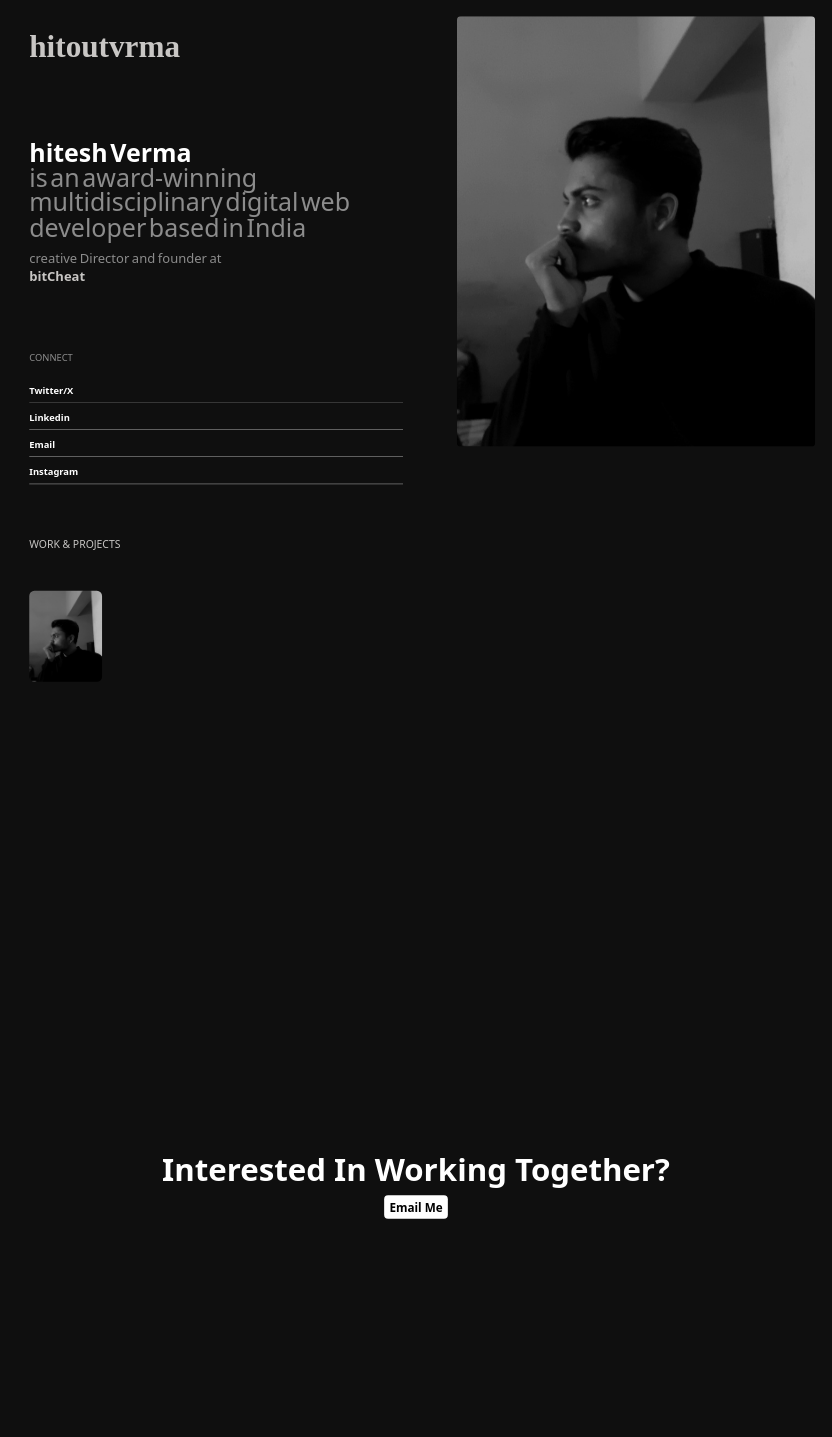
Repository: hitoutvrma/portfolio
Page: /
These files come from the project's save history. The page is drawn as it stood at one moment and after a run of saves; the edit follows.
The browser window is 1280 px wide. The pictures show the whole page, at 65% of full size.
The project was rebuilt for these pictures with package versions that can differ from the ones it lists, and the page was loaded fresh each time. Also part of the build but not shown: vite.config.js.

Above is the page before, as saved 2025-03-08 21:20:27.

After the next 2 saves:
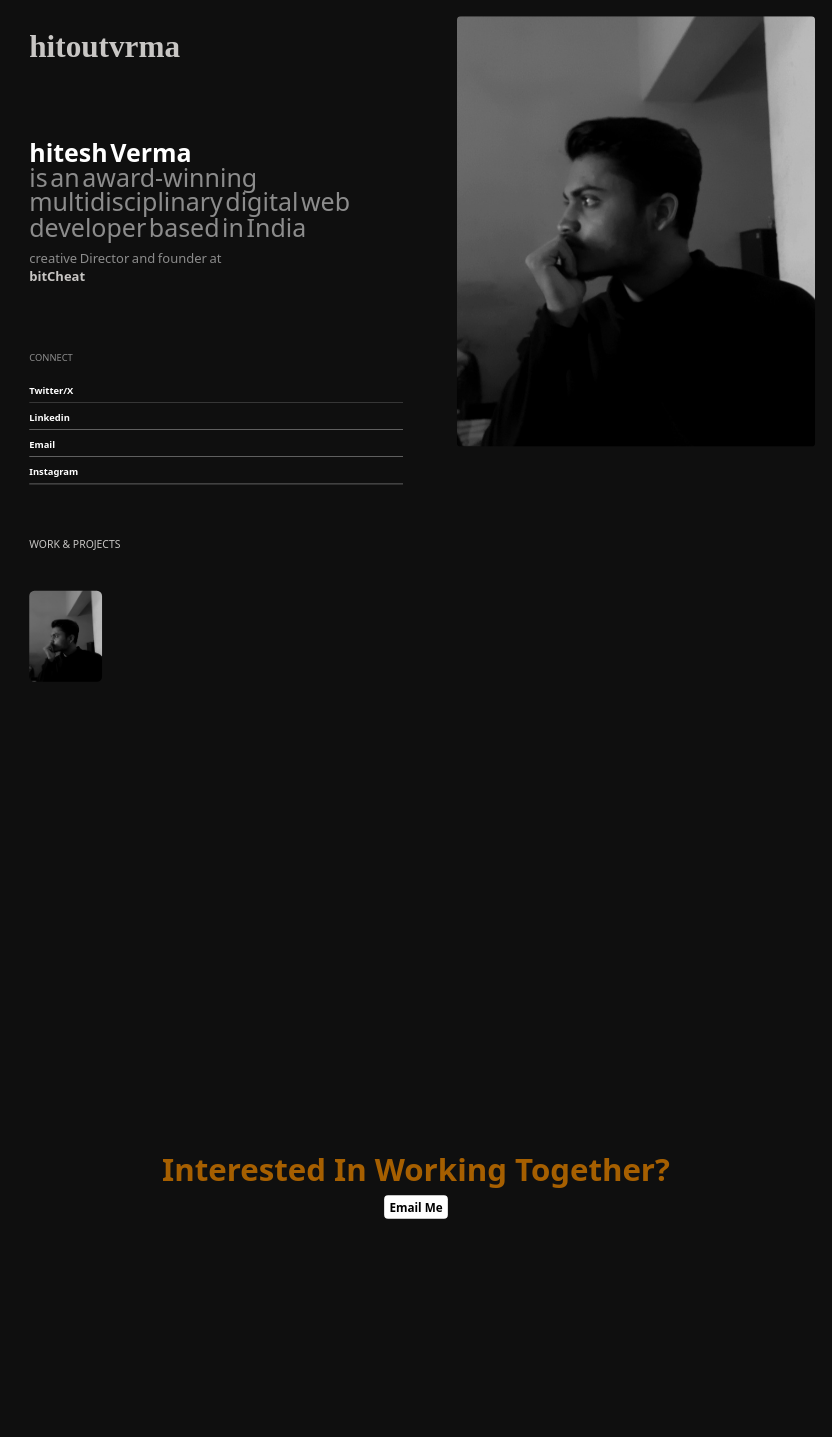
The 2 saves are shown as one change because they came seconds apart.
The last was saved 9 s later.
--- a/src/Components/CursorImagePop.jsx
+++ b/src/Components/CursorImagePop.jsx
@@ -62,7 +62,7 @@
         </div>
         <div className='h-screen opacity-1000 sm:p-5 flex flex-col justify-center items-center'>
         <div className="flex items-center justify-center flex flex-col gap-4" >
-      <p className="sm:text-5xl text-3xl text-white opacity-150 text-center font-bold">
+      <p className="sm:text-5xl text-3xl text-yellow-700 opacity-150 text-center font-bold">
         Interested In Working Together?
         </p>
       <button className="px-2 py-1 text-lg font-bold  bg-white text-black hover:bg-pink-200 cursor-pointer transition-colors duration-300 rounded-md ">Email Me</button>

After the 2 saves that followed:
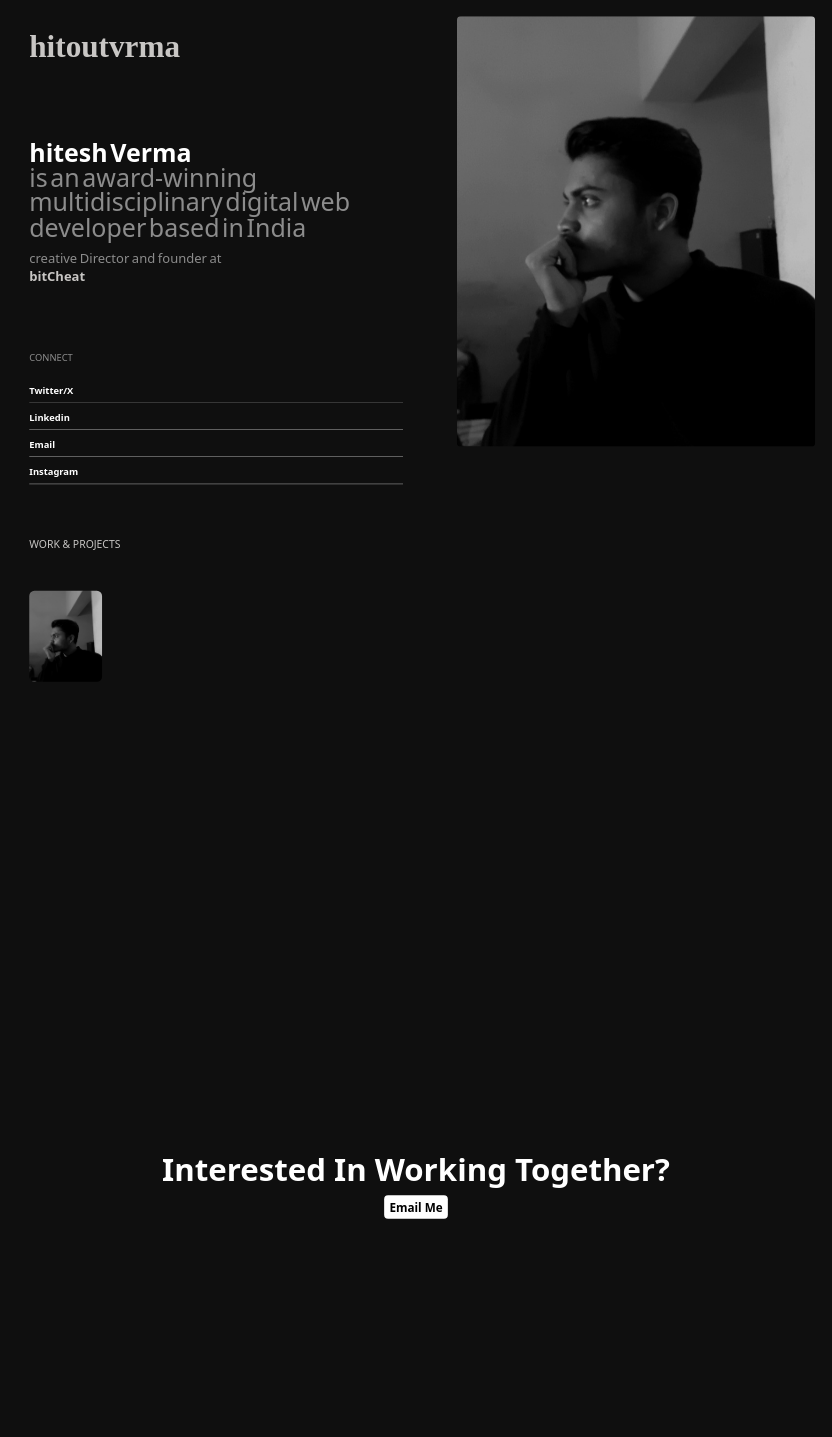
The 2 saves are shown as one change because they came seconds apart.
The last was saved 7 s later.
--- a/src/Components/CursorImagePop.jsx
+++ b/src/Components/CursorImagePop.jsx
@@ -62,7 +62,7 @@
         </div>
         <div className='h-screen opacity-1000 sm:p-5 flex flex-col justify-center items-center'>
         <div className="flex items-center justify-center flex flex-col gap-4" >
-      <p className="sm:text-5xl text-3xl text-yellow-700 opacity-150 text-center font-bold">
+      <p className="sm:text-5xl text-3xl text-white opacity-150 text-center font-bold">
         Interested In Working Together?
         </p>
       <button className="px-2 py-1 text-lg font-bold  bg-white text-black hover:bg-pink-200 cursor-pointer transition-colors duration-300 rounded-md ">Email Me</button>
